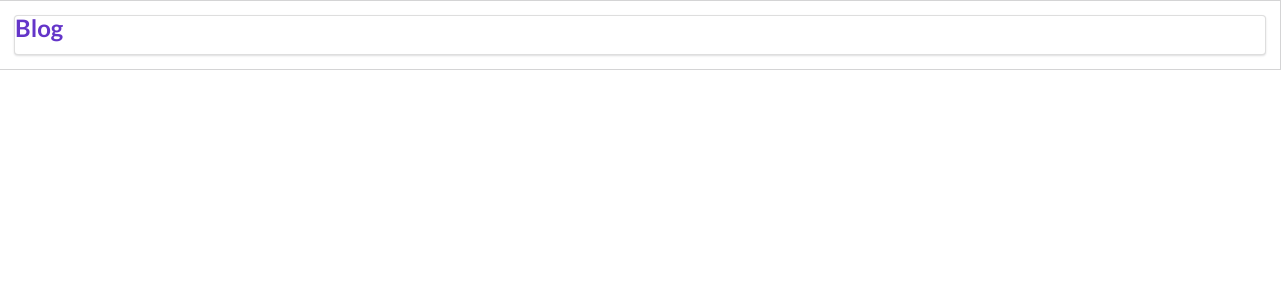
Repository: GOGOHQ/myblog
Page: index.html
An editor plug-in stored every save of this project. The page is shown before and after the next save, followed by the edit.
The browser window is 1280 px wide. The page is 1281 px wide, so the pictures cover 1281 px, including what lies to the right of the window. The pictures show the whole page.
Some web libraries are served in a nearby version.

Above is the page before, as saved 2020-01-16 14:42:23.

### index.html
<!DOCTYPE html>
<html lang="en">

<head>
    <meta charset="UTF-8">
    <meta name="viewport" content="width=device-width, inital-scale=1.0">
    <title>首页</title>
    <link rel="stylesheet" href="https://cdn.jsdelivr.net/semantic-ui/2.2.4/semantic.min.css">
    <script src="https://cdn.jsdelivr.net/npm/jquery@3.2/dist/jqurey.min.js"></script>
    <script src="https://cdn.jsdelivr.net/semantic-ui/2.2.4/semantic.min.js"></script>
</head>

<body>
<!-- 导航 -->
<nav class="ui  attached  segment ">
    <div class="ui  menu">
        <h2 class="ui violet header">Blog</h2>
    </div>
</nav>
<!-- 内容 -->
<div>

</div>
<!-- 底部 -->
<footer>

</footer>
</body>


</html>

After the next save:
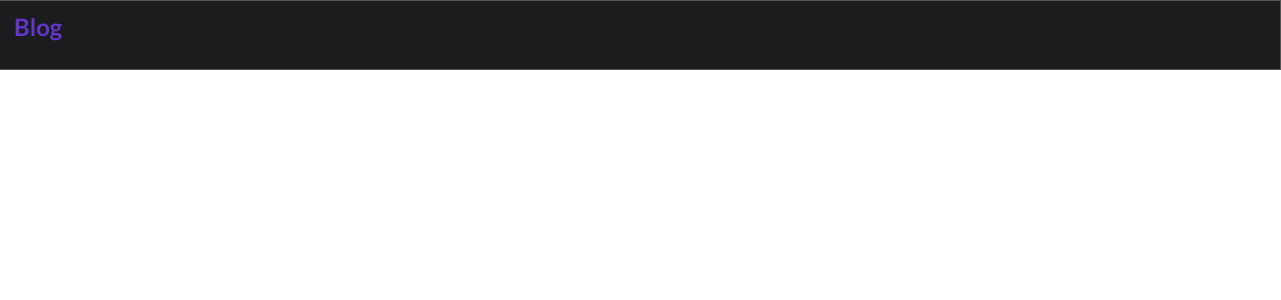
Saved 6 s later.
--- a/index.html
+++ b/index.html
@@ -12,8 +12,8 @@
 
 <body>
 <!-- 导航 -->
-<nav class="ui  attached  segment ">
-    <div class="ui  menu">
+<nav class="ui inverted attached  segment ">
+    <div class="ui inverted menu">
         <h2 class="ui violet header">Blog</h2>
     </div>
 </nav>
